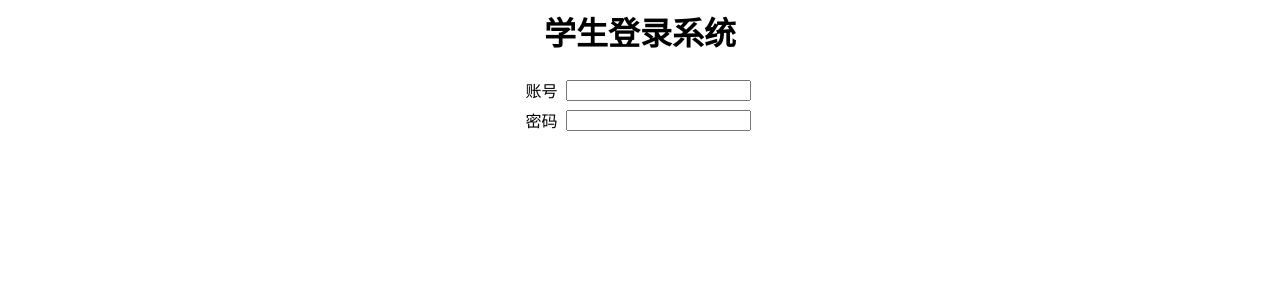
Repository: qq847261175/JavaWeb
Page: http://localhost/Student_Manager_Systerm/
The author's editor kept a copy of each file at every save. The page is drawn from the files as they stood at one save, then again after the next save.
The browser window is 1280 px wide. The pictures show the whole page.
The page is served by Tomcat 9.

Above is the page before, as saved 2016-10-28 17:23:58.

After the next save:
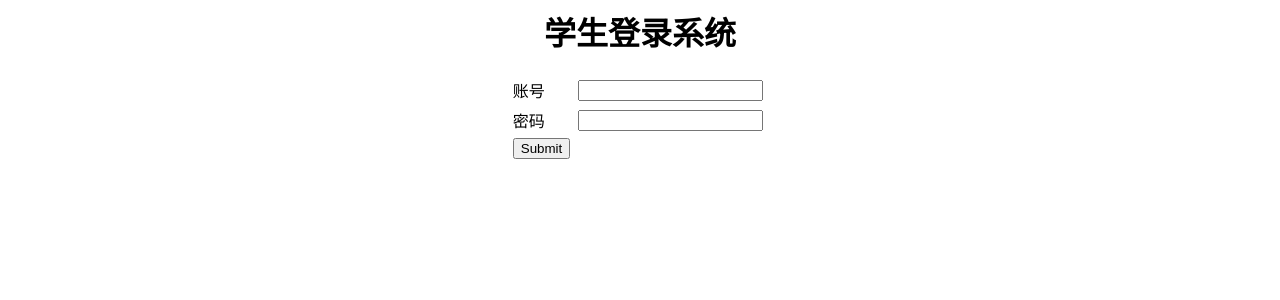
Saved 39 s later.
--- a/Student_Manager_Systerm/WebRoot/index.jsp
+++ b/Student_Manager_Systerm/WebRoot/index.jsp
@@ -24,8 +24,11 @@ String basePath = request.getScheme()+"://"+request.getServerName()+":"+request.
        <td>密码 <td/>
     <td><input type="password" name="password"/><td/>
      <tr/>
+	<tr>
+    <td><input type="submit" /><td/>
+     <tr/>
+
     </table>
-
   </form>
     <div/>
   </body>
